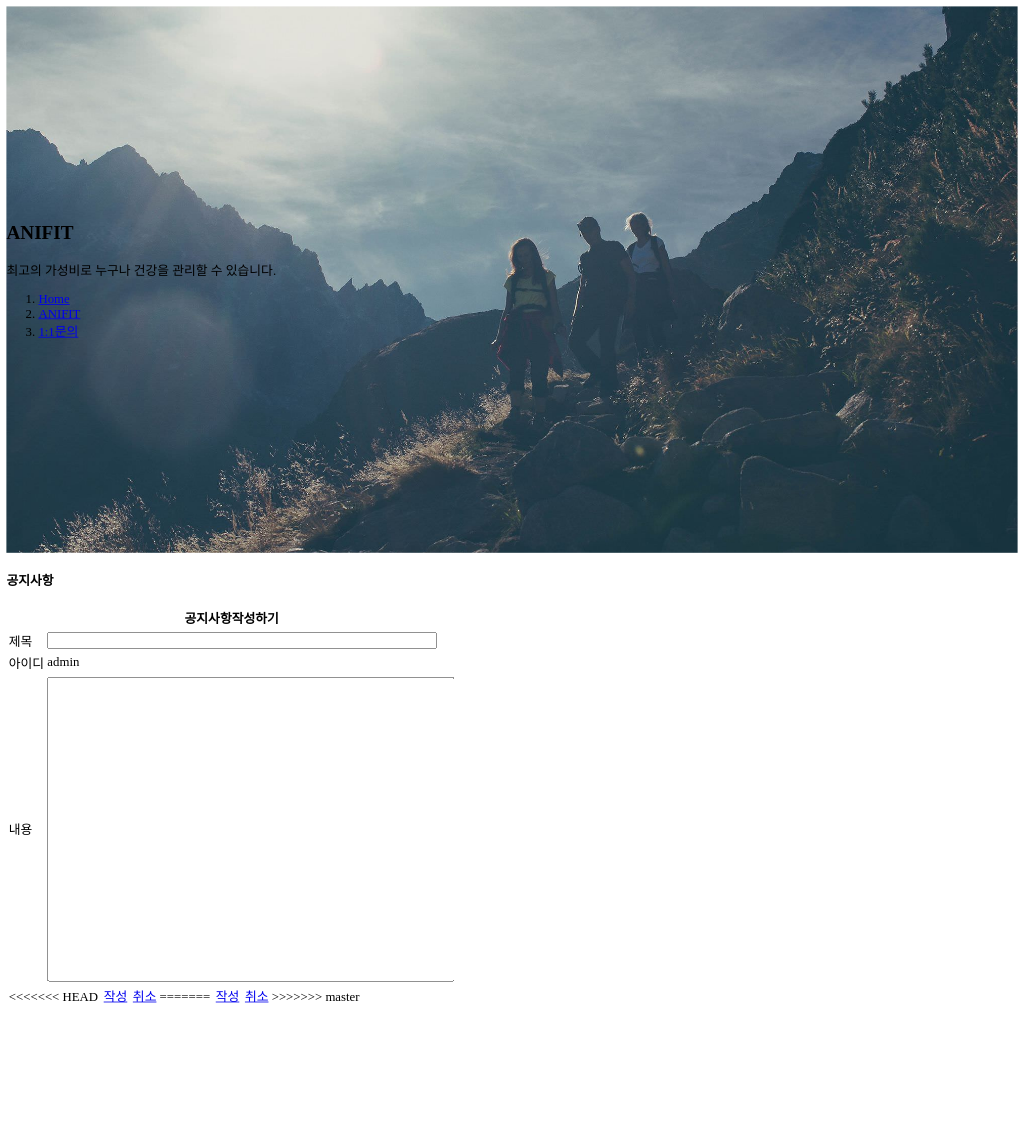
Repository: sjhello/Kitri_SpringProject
Page: http://localhost/SpringProject/WEB-INF/views/notice/notice-write.jsp
The author's editor kept a copy of each file at every save. The page is drawn from the files as they stood at one save, then again after the next save.
The browser window is 1280 px wide. The pictures show the whole page, at 80% of full size.
The page is served by Tomcat 9. Nobody is signed in. The template is opened directly, without the code that normally fills it, so the values that code supplies are empty.

Above is the page before, as saved 2018-12-04 05:22:41.
Console error: ReferenceError: $ is not defined

After the next save:
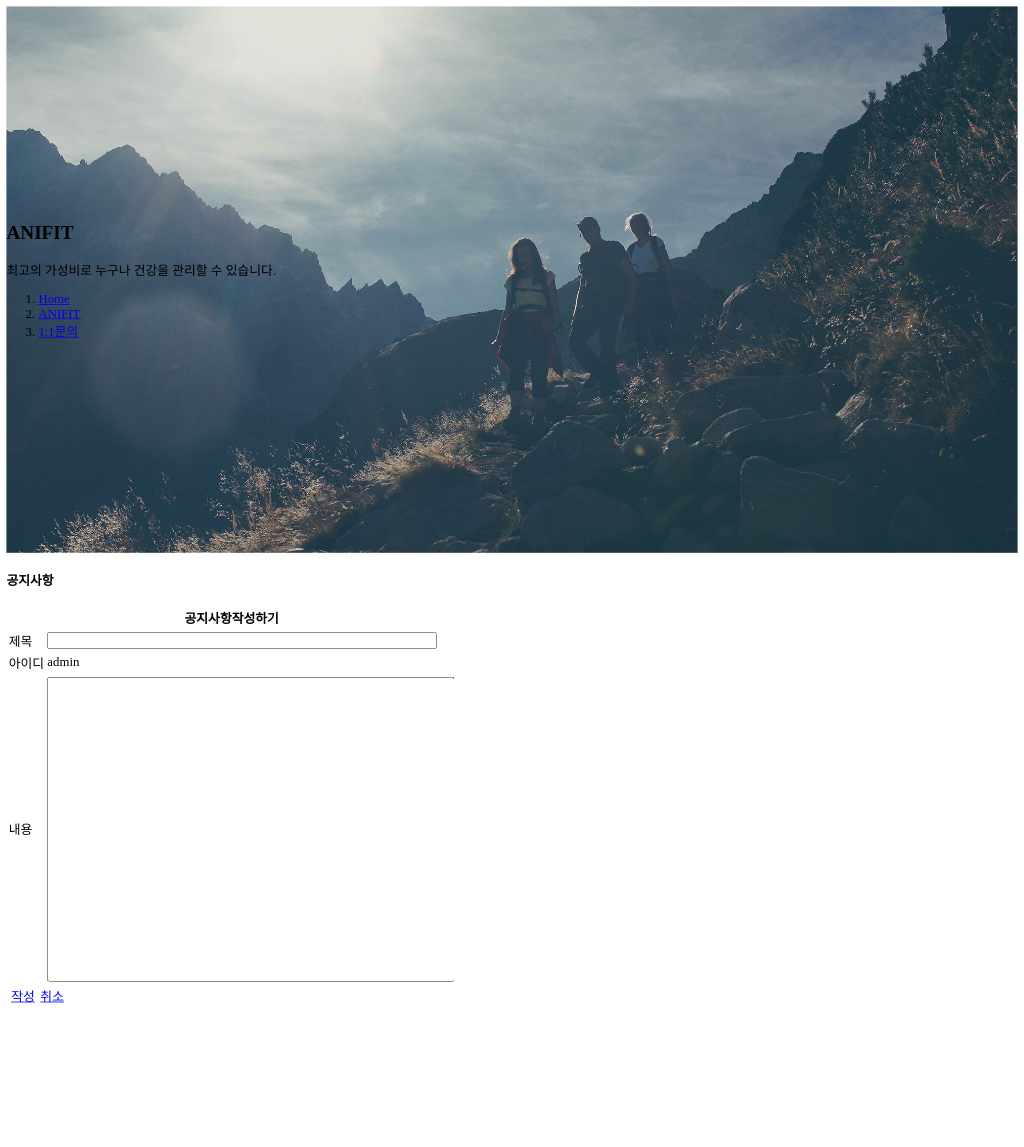
Saved 25 s later.
--- a/SpringProject/src/main/webapp/WEB-INF/views/notice/notice-write.jsp
+++ b/SpringProject/src/main/webapp/WEB-INF/views/notice/notice-write.jsp
@@ -69,13 +69,8 @@
 							</tr>
 							<tr>
 								<td colspan="2">
-<<<<<<< HEAD
-									<a href="qa11.do" class="btn btn-secondary btn-sm fright" style=" margin-left: 3px; ">작성</a>
-									<a href="qa11.do" class="btn btn-secondary btn-sm fright" style=" margin-left: 3px; ">취소</a>
-=======
 									<a id="noticeButton" href="#" class="btn btn-secondary btn-sm fright" style=" margin-left: 3px; ">작성</a>
 									<a href="notice.do" class="btn btn-secondary btn-sm fright" style=" margin-left: 3px; ">취소</a>
->>>>>>> master
 								</td>
 							</tr>
 						  </tbody>
